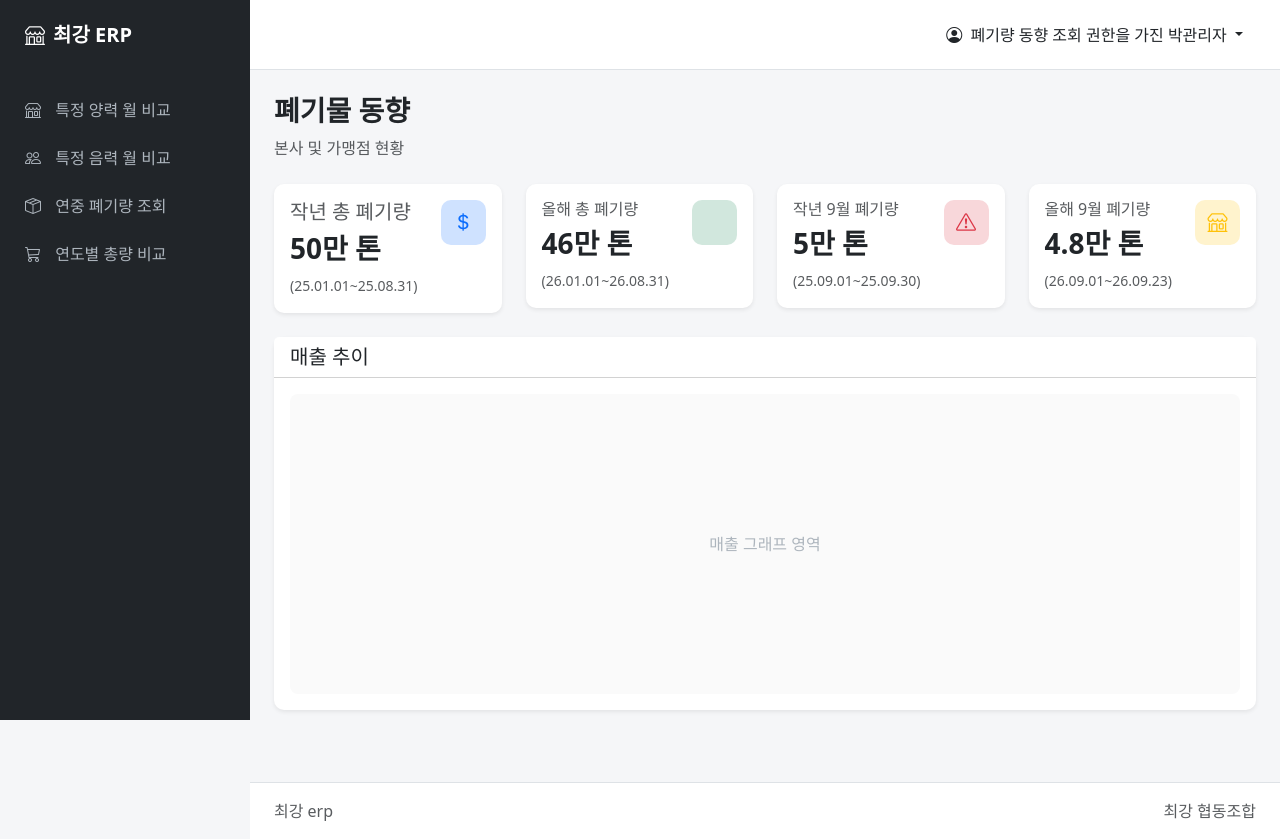
Repository: nojong99/kosta
Page: 32_MVCModel2/src/main/webapp/wasteTrends.html
The author's editor kept a copy of each file at every save. The page is drawn from the files as they stood at one save, then again after the next save.
The browser window is 1280 px wide. The pictures show the whole page.

Above is the page before, as saved 2026-09-23 03:10:14.

After the next save:
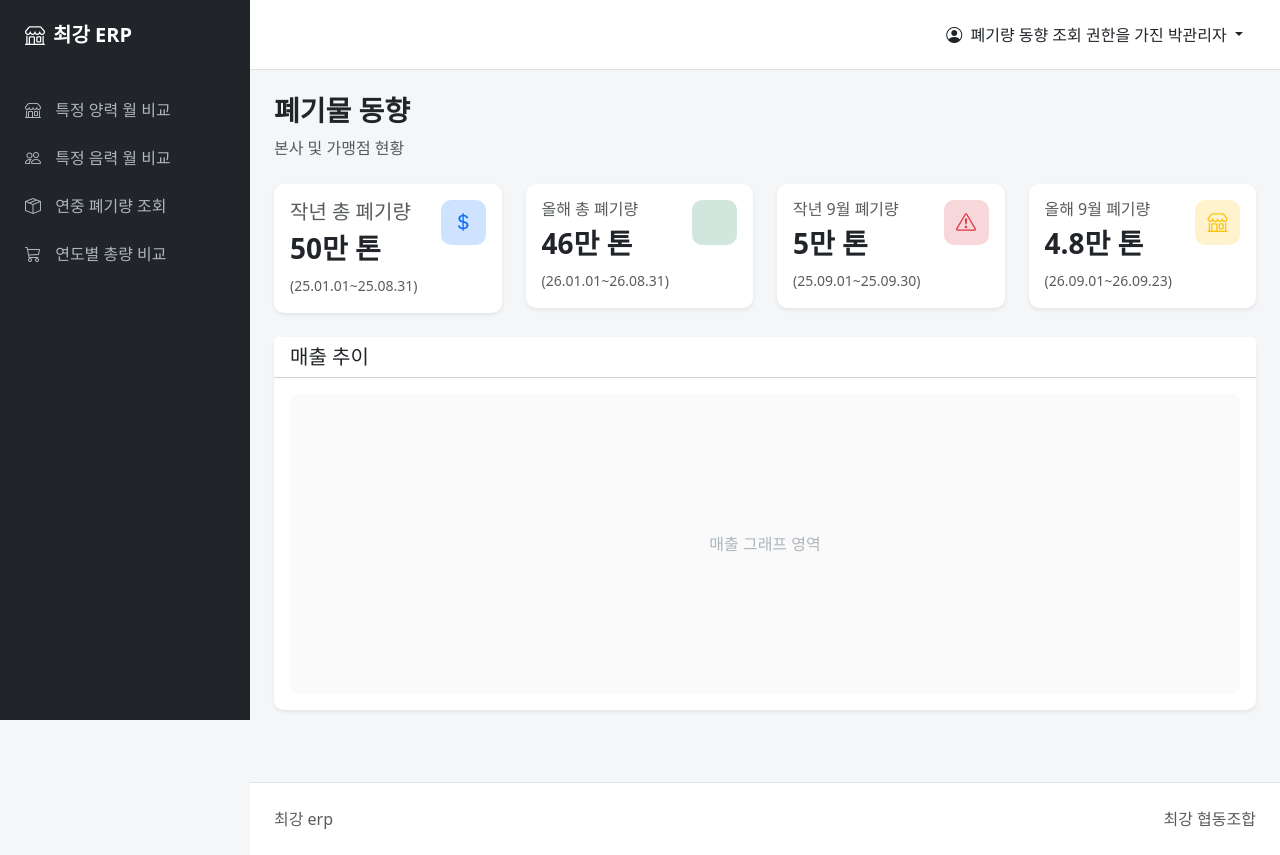
Saved 32 s later.
--- a/32_MVCModel2/src/main/webapp/wasteTrends.html
+++ b/32_MVCModel2/src/main/webapp/wasteTrends.html
@@ -380,7 +380,7 @@
          FOOTER
     ================================================== -->
 
-    <footer class="py-3 mt-4 bg-white border-top">
+    <footer class="py-4 mt-4 bg-white border-top">
 
         <div class="container-fluid px-4">
 
